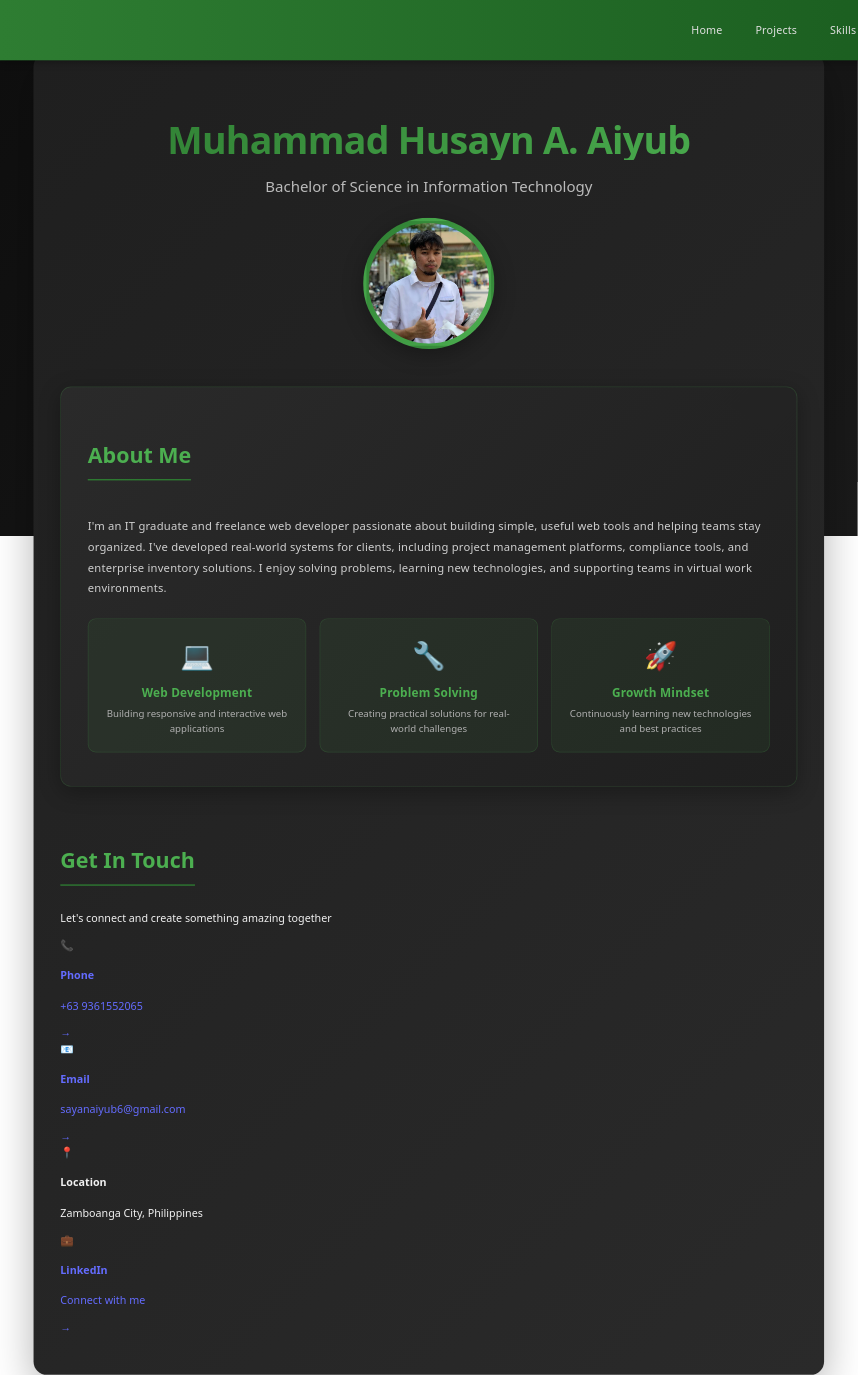
Repository: SAYANA11/portfolio
Page: /
An editor plug-in stored every save of this project. The page is shown before and after the next save, followed by the edit.
The browser window is 1280 px wide. The pictures show the whole page, at 67% of full size.
The project was rebuilt for these pictures with package versions that can differ from the ones it lists, and the page was loaded fresh each time. Also part of the build but not shown: vite.config.js, src/components/Projects.css, src/components/Projects.jsx, src/components/Skills.css, src/components/Skills.jsx.

Above is the page before, as saved 2026-02-16 21:03:33.

After the next save:
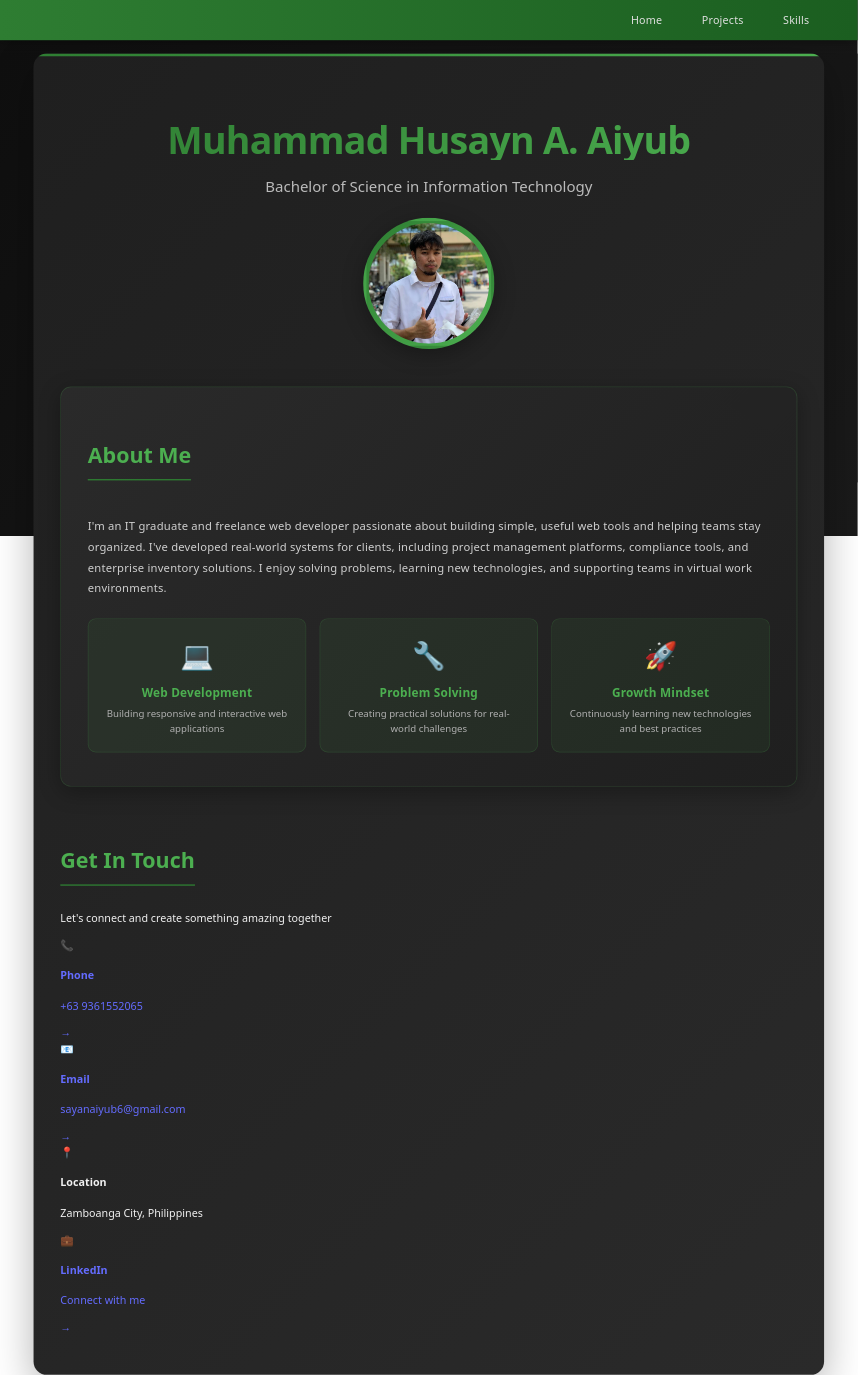
Saved 109 min 48 s later.
--- a/src/components/Navbar.css
+++ b/src/components/Navbar.css
@@ -1,7 +1,7 @@
 .navbar {
     background: linear-gradient(90deg, #2e7d32 0%, #1b5e20 100%);
     color: white;
-    padding: 15px 30px;
+    padding: 15px 40px;
     position: fixed;
     width: 100%;
     height: 60px;
@@ -12,6 +12,7 @@
     justify-content: flex-end;
     box-shadow: 0 4px 12px rgba(0, 0, 0, 0.3);
     backdrop-filter: blur(10px);
+    box-sizing: border-box;
 }
 
 .navbar ul {
@@ -19,7 +20,7 @@
     padding: 0;
     margin: 0 20px 0 0;
     display: flex;
-    gap: 25px;
+    gap: 35px;
 }
 
 .navbar ul li {
